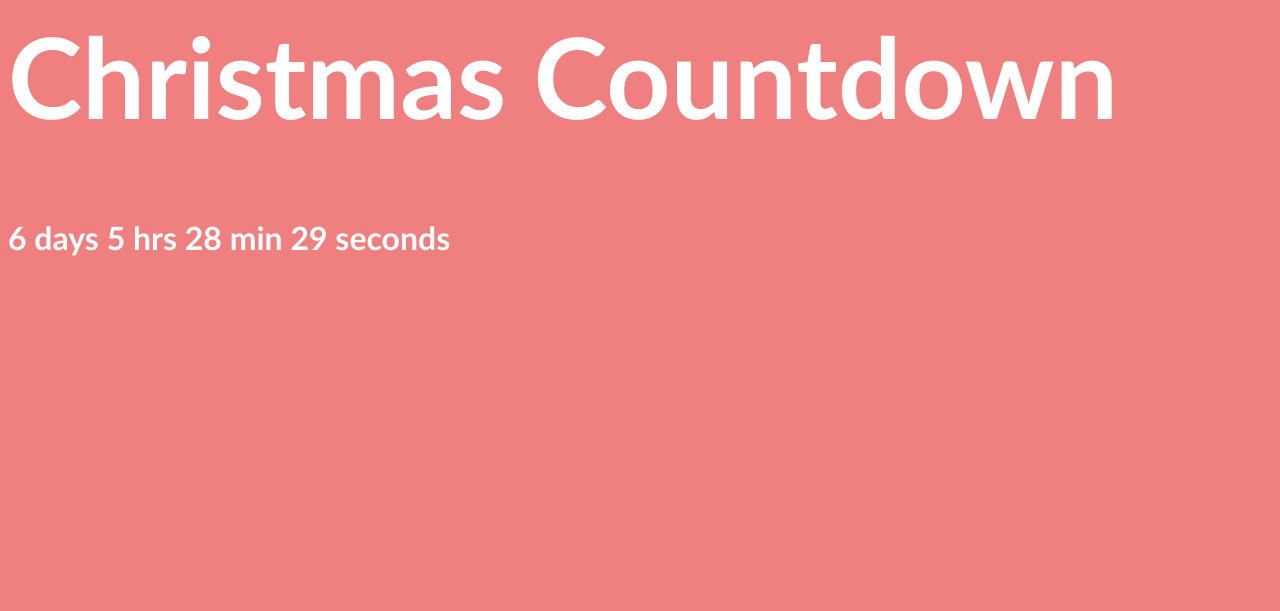
Repository: notMaximilian/countdown-timer
Page: index.html
An editor plug-in stored every save of this project. The page is shown before and after a run of saves, followed by the edit.
The browser window is 1280 px wide. The pictures show the whole page.

Above is the page before, as saved 2021-12-18 18:55:40.

### index.html
<html lang="en">
    <head>
        <meta charset="utf-8"/>
        <title>Christmas Countdown</title>
        <link rel="stylesheet" href="styles.css"/>
    </head>
    <body>
        <h1 id="main-text">Christmas Countdown</h1>
        <h1 id="time-left"></h1>
        <script src="app.js"></script>
    </body>
</html>

### styles.css
body{
    background-color: lightcoral;
    color:white;
    font-family: 'Trebuchet MS', 'Lucida Sans Unicode', 'Lucida Grande', 'Lucida Sans', Arial, sans-serif;
}

#main-text{
    font-size: 700%;
}

### app.js
const timeLeft = document.getElementById('time-left')
let timerId;
//Units of time
const second = 1000
const minute = second * 60
const hour = minute * 60
const day = hour * 24

const christmas = new Date('12/25/2021')

function countdown(){
    const today = new Date();
    const timeSpan = christmas - today;

    if(timeSpan <= -day){
        timeLeft.innerHTML("I hope you had a Merry Christmas!!!")
        clearInterval(timerId)
        return
    }

    if (timeSpan <= 0){
        timeLeft.innerHTML("Merry Christmas!!!")
        clearInterval(timerId)
        return
    }

    const days = Math.floor(timeSpan / day)
    const hours = Math.floor((timeSpan % day) / hour)
    const minutes = Math.floor((timeSpan % hour) / minute)
    const seconds = Math.floor((timeSpan % minute) / second)

    timeLeft.innerHTML = days + " days " + hours + " hrs " + minutes + " min " + seconds + " seconds"

}

timerId = setInterval(countdown, second)

After the next 2 saves:
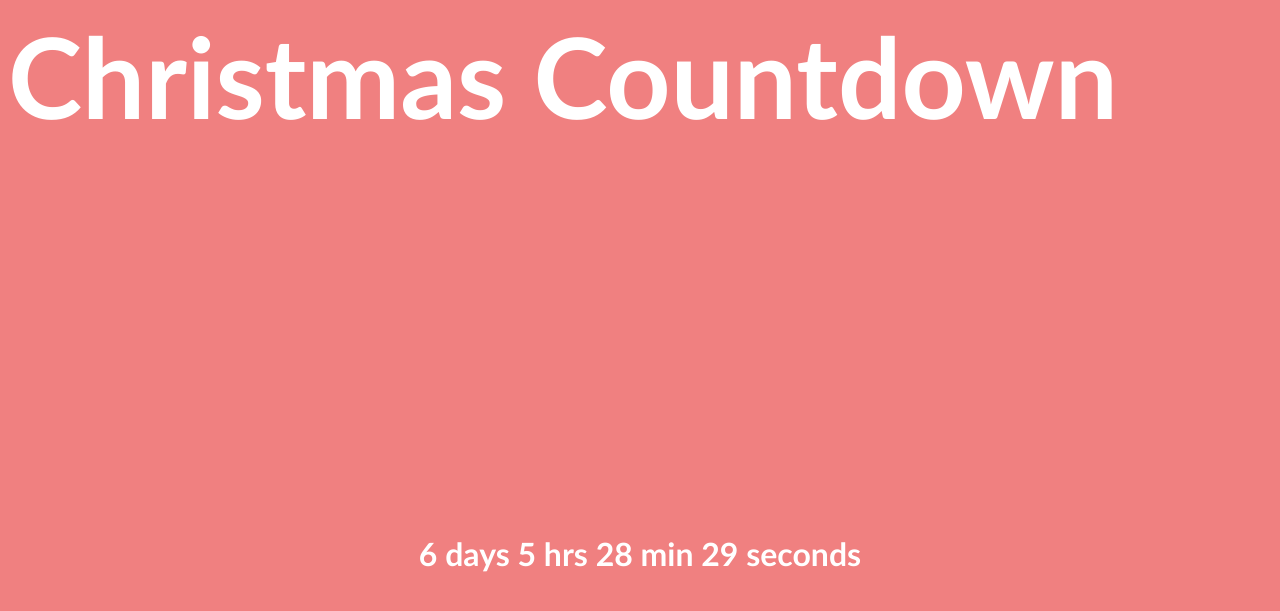
The 2 saves are shown as one change because they came seconds apart.
The last was saved 8 s later.
--- a/styles.css
+++ b/styles.css
@@ -4,6 +4,11 @@ body{
     font-family: 'Trebuchet MS', 'Lucida Sans Unicode', 'Lucida Grande', 'Lucida Sans', Arial, sans-serif;
 }
 
+#time-left{
+    text-align: center;
+    padding-top: 25%;
+}
+
 #main-text{
     font-size: 700%;
 }
